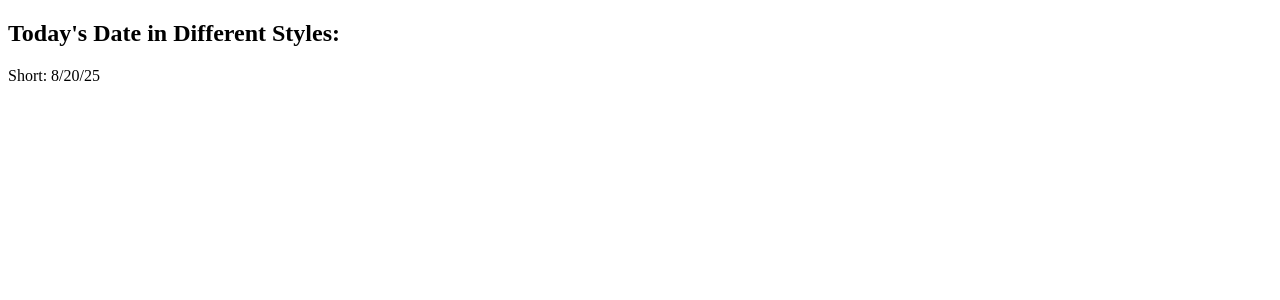
Repository: ashwinii19/Core-Java-Learning
Page: http://localhost/25-JSTL/Formatting Tag/DateinStyle.jsp
These files come from the project's save history. The page is drawn as it stood at one moment and after the next save; the edit follows.
The browser window is 1280 px wide. The pictures show the whole page.
The page is served by Tomcat 9.

Above is the page before, as saved 2025-08-22 04:33:56.

After the next save:
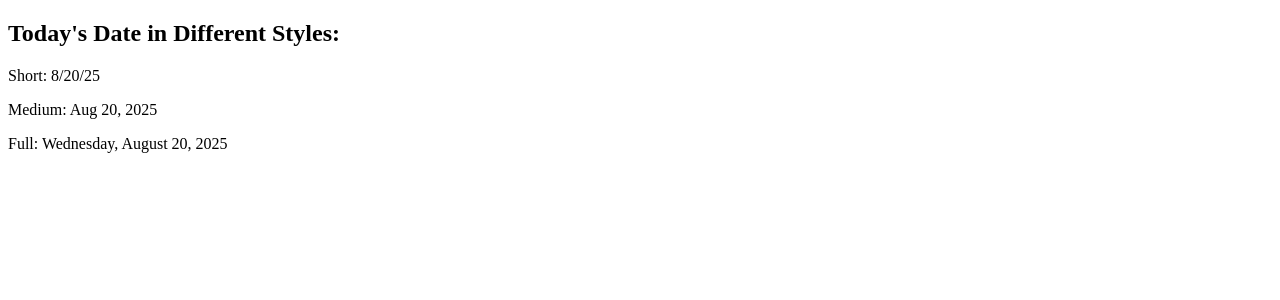
Saved 34 s later.
--- a/25-JSTL/src/main/webapp/Formatting Tag/DateinStyle.jsp
+++ b/25-JSTL/src/main/webapp/Formatting Tag/DateinStyle.jsp
@@ -18,5 +18,7 @@
 
 
 	<p>Short: <fmt:formatDate value="${today }" type="date" dateStyle="short"/>
+	<p>Medium: <fmt:formatDate value="${today }" type="date" dateStyle="medium"/>
+	<p>Full: <fmt:formatDate value="${today }" type="date" dateStyle="full"/>
 </body>
 </html>
